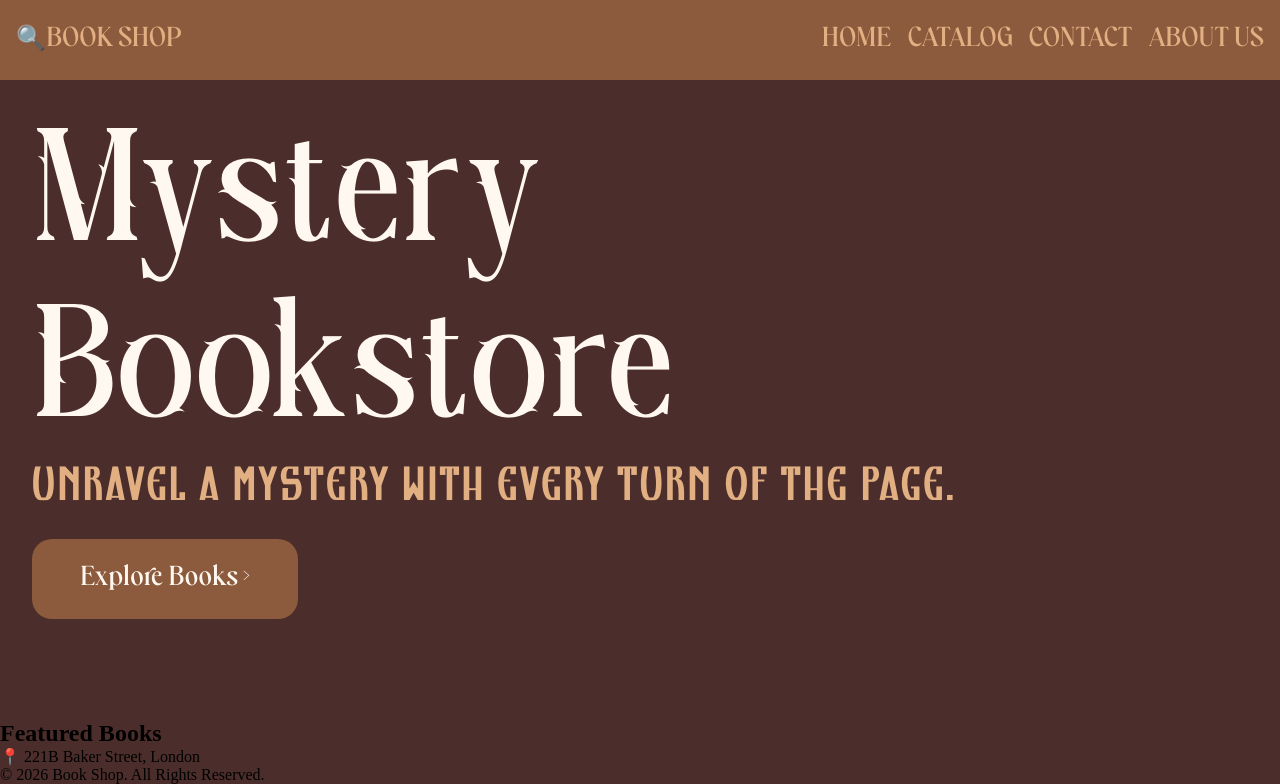
Repository: Nicholas0103/Book_Shop
Page: index.html
These files come from the project's save history. The page is drawn as it stood at one moment and after the next save; the edit follows.
The browser window is 1280 px wide. The pictures show the whole page.

Above is the page before, as saved 2026-07-18 14:05:37.

### index.html

<!DOCTYPE html>
<html lang="en">

<head>
    <meta charset="UTF-8">
    <meta name="viewport" content="width=device-width, initial-scale=1.0">
    <title>Mystery Bookstore</title>
    <link rel="stylesheet" href="style.css">
</head>

<body>

<body>

    <header>
        <div class="logo">
            <span class="logo-icon">🔍</span>
            <p>Book Shop</p>
        </div>
        <nav>
            <ul class="top-bar">
                <li><a href="index.html" class="active">Home</a></li>
                <li><a href="index.html">Catalog</a></li>
                <li><a href="index.html">Contact</a></li>
                <li><a href="index.html">About Us</a></li>
            </ul>
        </nav>
    </header>

    <main>
        <section id="home" class="home-section">
            <div class="home-content">
                <h1>Mystery<br>Bookstore</h1>
                <p>Unravel a Mystery with Every Turn of the Page.</p>
                <a href="#" class="home-button">Explore Books ></a>
            </div>
        </section>

        <section id="features" class="features-section">
            <h2>Featured Books</h2>
        </section>
    </main>

    <footer class="site-footer">
        <div class="footer-info">
            <p>📍 221B Baker Street, London</p>
            <p>&copy; 2026 Book Shop. All Rights Reserved.</p>
        </div>
    </footer>

    <script src="script.js"></script>
</body>

</html>

### style.css
/* ========================================
1. COLOR
======================================== */

:root {
    --bg-color: #4B2E2B;
    --logo-color: #000000;
    --text-color: #e1af82;
    --hover-color: #FFF8F0;
    --border-color: #4B2E2B;
    --accent-color: #8C5A3C;
}

/* ========================================
2. FONTS
======================================== */

@font-face {
    font-family: 'Hexen';
    src: url('assets/fonts/Hexen.otf') format('opentype');
}

@font-face {
    font-family: 'Sins';
    src: url('assets/fonts/Sins.otf') format('opentype');
}

@font-face {
    font-family: 'Kait';
    src: url('assets/fonts/Kait.otf') format('opentype');
}

@font-face {
    font-family: 'Aulieny';
    src: url('assets/fonts/Aulieny.otf') format('opentype');
}

/* ========================================
3. BASE STYLES
======================================== */

* {
    margin: 0;
    padding: 0;
    box-sizing: border-box;
    scroll-behavior: smooth;
}

body {
    margin: 0;
    padding: 0;
    background-color: var(--bg-color);
    /*background-image: url('assets/images/background.png');
    background-size: cover;
    background-position: center;
    background-repeat: no-repeat;*/
}

/* ========================================
4. HEADER
======================================== */

header {
    top: 0;
    left: 0;
    display: flex;
    align-items: center;
    justify-content: space-between;
    padding: 1rem 1rem;
    background-color: var(--accent-color);
    font-size: 1.5rem;
    position: relative;
    position: fixed;
    width: 100%;
}

.logo {
    display: flex;
    color: var(--text-color);
    font-family: Aulieny;
    text-transform: uppercase;
}

.top-bar {
    display: flex;
    list-style: none;
    gap: 1rem;
}

.top-bar a {
    text-decoration: none;
    color: var(--text-color);
    text-transform: uppercase;
    font-family: Aulieny;
}

.home-section {
    height: 100vh;
    display: flex;
    flex-direction: column;
    padding: 0 2rem;
    width: 100%;
    position: relative;
    width: 100%;
    z-index: 10;
    max-width: 100%;
    position: relative;
}


.home-content {
    width: 100%;
    z-index: 10;
    max-width: 100%;
    position: relative;
    margin-top: 7rem;
}

.home-content h1 {
    font-size: 10rem;
    color: var(--hover-color);
    font-family: sins;
    font-weight: 100;
}

.home-content p {
    font-size: 3rem;
    color: var(--text-color);
    font-family: Kait;
    letter-spacing: 3px;
}

.home-button {
    background-color: var(--accent-color);
    border-radius: 20px;
    text-decoration: none;
    color: var(--hover-color);
    padding: 1rem 3rem;
    font-size: 1.5rem;
    margin-top: 2rem;
    font-family: Aulieny;
    display: inline-block;
}

Loaded but not shown: script.js (empty)

After the next save:
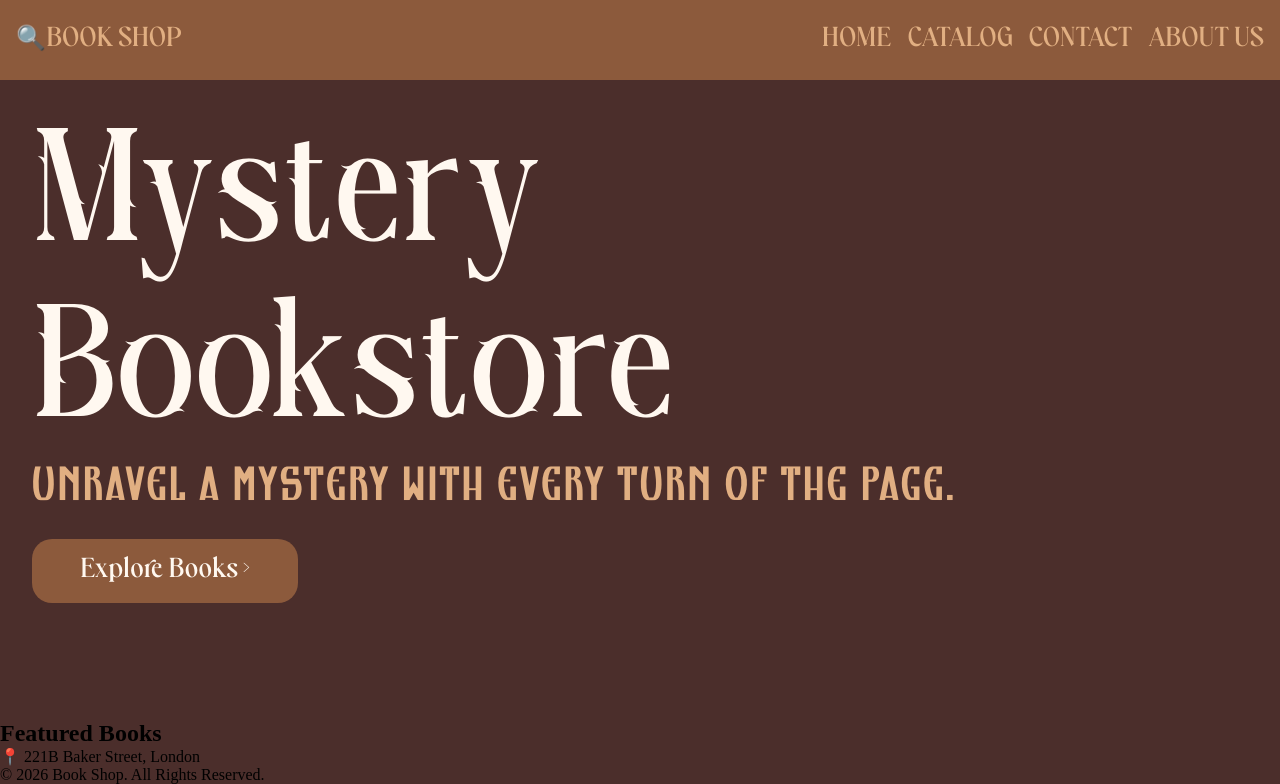
Saved 7 s later.
--- a/style.css
+++ b/style.css
@@ -135,7 +135,7 @@
     border-radius: 20px;
     text-decoration: none;
     color: var(--hover-color);
-    padding: 1rem 3rem;
+    padding: 0.5rem 3rem;
     font-size: 1.5rem;
     margin-top: 2rem;
     font-family: Aulieny;
